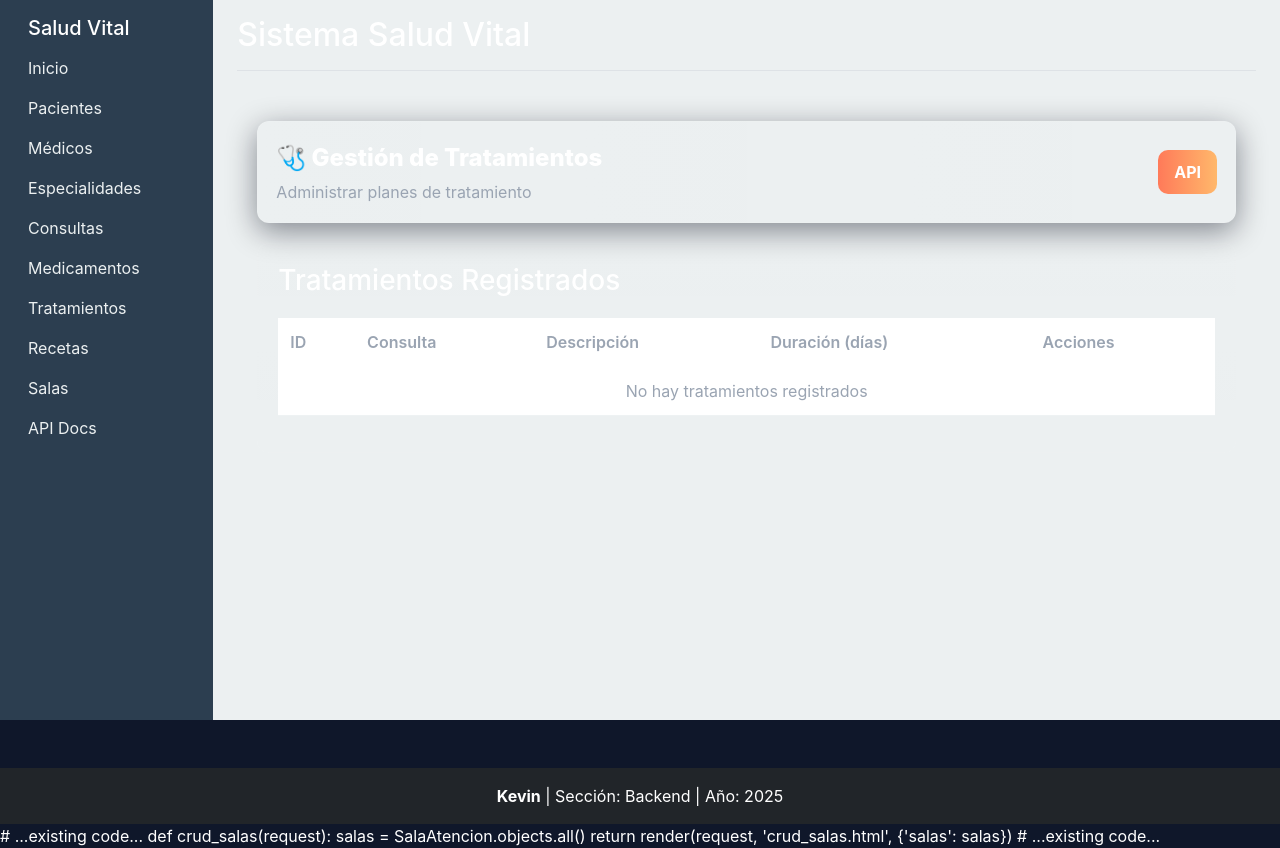
Repository: KeviNozh/eva2_clinica
Page: templates/crud_tratamientos.html
The author's editor kept a copy of each file at every save. The page is drawn from the files as they stood at one save, then again after the next save.
The browser window is 1280 px wide. The pictures show the whole page.
The template is drawn by Django 5.2. The application's start-up code is not run. Other server files are loaded and not shown. The template is opened directly, without the code that normally fills it, so the values that code supplies are empty.

Above is the page before, as saved 2025-10-14 14:56:48.

### templates/crud_tratamientos.html
{% extends 'crud_base.html' %}

{% block crud_content %}
<header class="crud-header">
  <div>
    <div class="crud-title">🩺 Gestión de Tratamientos</div>
    <div class="crud-subtitle">Administrar planes de tratamiento</div>
  </div>
  <div class="crud-actions">
    <a href="/api/tratamientos/" class="btn btn-secondary" target="_blank">API</a>
  </div>
</header>

<div class="crud-card">
  <h3>Tratamientos Registrados</h3>
  <table class="table">
    <thead>
      <tr>
        <th>ID</th>
        <th>Consulta</th>
        <th>Descripción</th>
        <th>Duración (días)</th>
        <th>Acciones</th>
      </tr>
    </thead>
    <tbody>
      {% for tratamiento in tratamientos %}
      <tr>
        <td>{{ tratamiento.id }}</td>
        <td>#{{ tratamiento.consulta.id }} - {{ tratamiento.consulta.paciente.nombre }}</td>
        <td>{{ tratamiento.descripcion }}</td>
        <td>{{ tratamiento.duracion_dias }}</td>
        <td class="action-buttons">
          <a href="#" class="btn btn-edit btn-small">Editar</a>
          <form method="POST" action="{% url 'crud:eliminar_tratamiento' tratamiento.id %}" style="display: inline;">
            {% csrf_token %}
            <button type="submit" class="btn btn-delete btn-small" onclick="return confirm('¿Eliminar tratamiento?')">Eliminar</button>
            <!-- Botón Editar -->
<a href="{% url 'crud:editar_consulta' consulta.id %}" class="btn btn-edit btn-small">Editar</a>

<!-- Botón Eliminar -->
<form method="POST" action="{% url 'crud:eliminar_consulta' consulta.id %}" style="display: inline;">
    {% csrf_token %}
    <button type="submit" class="btn btn-delete btn-small" onclick="return confirm('¿Eliminar consulta?')">Eliminar</button>
</form>
          </form>
        </td>
      </tr>
      {% empty %}
      <tr>
        <td colspan="5" style="text-align: center; color: var(--muted);">No hay tratamientos registrados</td>
      </tr>
      {% endfor %}
    </tbody>
  </table>
</div>
{% endblock %}

### templates/crud_base.html
{% extends 'base.html' %}

{% block content %}
<!DOCTYPE html>
<html lang="es">
<head>
  <meta charset="utf-8" />
  <meta name="viewport" content="width=device-width,initial-scale=1" />
  <style>
  :root{
    --bg:#0f172a; --white:#ffffff; --muted:#9aa4b2;
    --c1-start:#7c3aed; --c1-end:#06b6d4;
    --c2-start:#ff7a59; --c2-end:#ffb86b;
    --radius:14px; --shadow-lg: 0 18px 60px rgba(2,6,23,0.5);
  }
  *{box-sizing:border-box}
  body{background:var(--bg);color:var(--white);margin:0;font-family:Inter,sans-serif;}
  .crud-container{max-width:1200px;margin:30px auto;padding:20px}
  .crud-header{display:flex;align-items:center;gap:16px;padding:18px;border-radius:12px;
    background:linear-gradient(90deg,rgba(255,255,255,0.03),rgba(255,255,255,0.02));
    border:1px solid rgba(255,255,255,0.04);box-shadow:0 8px 30px rgba(2,6,23,0.45);margin-bottom:20px}
  .crud-title{font-weight:800;font-size:24px}
  .crud-subtitle{color:var(--muted);margin-top:4px}
  .crud-actions{display:flex;gap:10px;margin-left:auto}
  .btn{padding:10px 16px;border-radius:10px;border:0;font-weight:700;cursor:pointer;color:var(--white)}
  .btn-primary{background:linear-gradient(90deg,var(--c1-start),var(--c1-end))}
  .btn-secondary{background:linear-gradient(90deg,var(--c2-start),var(--c2-end))}
  .crud-grid{display:grid;gap:16px;margin-top:20px}
  .crud-card{background:linear-gradient(180deg,rgba(255,255,255,0.02),rgba(255,255,255,0.01));
    padding:20px;border-radius:12px;border:1px solid rgba(255,255,255,0.03)}
  .form-group{margin-bottom:15px}
  .form-label{display:block;margin-bottom:5px;color:var(--muted);font-weight:600}
  .form-input{width:100%;padding:10px;border-radius:8px;border:1px solid rgba(255,255,255,0.1);
    background:rgba(255,255,255,0.05);color:var(--white)}
  .table{width:100%;border-collapse:collapse;margin-top:20px}
  .table th,.table td{padding:12px;text-align:left;border-bottom:1px solid rgba(255,255,255,0.1)}
  .table th{color:var(--muted);font-weight:600}
  .action-buttons{display:flex;gap:8px}
  .btn-small{padding:6px 12px;font-size:12px;border-radius:6px}
  .btn-edit{background:linear-gradient(90deg,#3b82f6,#06b6d4)}
  .btn-delete{background:linear-gradient(90deg,#ef4444,#f97316)}
  </style>
</head>
<body>
  <div class="crud-container">
    {% block crud_content %}
    {% endblock %}
  </div>
</body>
</html>
{% endblock %}

### templates/base.html
<!DOCTYPE html>
<html lang="es">
<head>
    <meta charset="UTF-8">
    <meta name="viewport" content="width=device-width, initial-scale=1.0">
    <title>Sistema Salud Vital</title>
    <link href="https://cdn.jsdelivr.net/npm/bootstrap@5.3.0/dist/css/bootstrap.min.css" rel="stylesheet">
    <style>
        .sidebar {
            min-height: 100vh;
            background-color: #2c3e50;
        }
        .sidebar .nav-link {
            color: #ecf0f1;
        }
        .sidebar .nav-link:hover {
            background-color: #34495e;
        }
        .main-content {
            background-color: #ecf0f1;
        }
    </style>
</head>
<body>
    <div class="container-fluid">
        <div class="row">
            <!-- Sidebar -->
            <nav class="col-md-3 col-lg-2 d-md-block sidebar collapse">
                <div class="position-sticky pt-3">
                    <h5 class="text-white px-3">Salud Vital</h5>
                    <ul class="nav flex-column">
                        <li class="nav-item">
                            <a class="nav-link" href="{% url 'inicio' %}">Inicio</a>
                        </li>
                        <li class="nav-item">
                            <a class="nav-link" href="{% url 'crud:crud_pacientes' %}">Pacientes</a>
                        </li>
                        <li class="nav-item">
                            <a class="nav-link" href="{% url 'crud:crud_medicos' %}">Médicos</a>
                        </li>
                        <li class="nav-item">
                            <a class="nav-link" href="{% url 'crud:crud_especialidades' %}">Especialidades</a>
                        </li>
                        <li class="nav-item">
                            <a class="nav-link" href="{% url 'crud:crud_consultas' %}">Consultas</a>
                        </li>
                        <li class="nav-item">
                            <a class="nav-link" href="{% url 'crud:crud_medicamentos' %}">Medicamentos</a>
                        </li>
                        <li class="nav-item">
                            <a class="nav-link" href="{% url 'crud:crud_tratamientos' %}">Tratamientos</a>
                        </li>
                        <li class="nav-item">
                            <a class="nav-link" href="{% url 'crud:crud_recetas' %}">Recetas</a>
                        </li>
                        <li class="nav-item">
                            <a class="nav-link" href="{% url 'crud:crud_salas' %}">Salas</a>
                        </li>
                        <li class="nav-item">
                            <a class="nav-link" href="/api/swagger/" target="_blank">API Docs</a>
                        </li>
                    </ul>
                </div>
            </nav>

            <!-- Main content -->
            <main class="col-md-9 ms-sm-auto col-lg-10 px-md-4 main-content">
                <div class="d-flex justify-content-between flex-wrap flex-md-nowrap align-items-center pt-3 pb-2 mb-3 border-bottom">
                    <h1 class="h2">{% block title %}Sistema Salud Vital{% endblock %}</h1>
                </div>

                <!-- Mensajes -->
                {% if messages %}
                <div class="messages">
                    {% for message in messages %}
                    <div class="alert alert-{{ message.tags }} alert-dismissible fade show" role="alert">
                        {{ message }}
                        <button type="button" class="btn-close" data-bs-dismiss="alert"></button>
                    </div>
                    {% endfor %}
                </div>
                {% endif %}

                <!-- Contenido principal -->
                {% block content %}
                {% endblock %}
            </main>
        </div>
    </div>

    <!-- Footer -->
    <footer class="bg-dark text-white text-center py-3 mt-5">
        <div class="container">
            <p class="mb-0">
                <strong>Kevin</strong> | Sección: Backend | Año: 2025
            </p>
        </div>
    </footer>

    <script src="https://cdn.jsdelivr.net/npm/bootstrap@5.3.0/dist/js/bootstrap.bundle.min.js"></script>
    {% block scripts %}
    {% endblock %}
</body>
</html># ...existing code...

def crud_salas(request):
    salas = SalaAtencion.objects.all()
    return render(request, 'crud_salas.html', {'salas': salas})

# ...existing code...

After the next save:
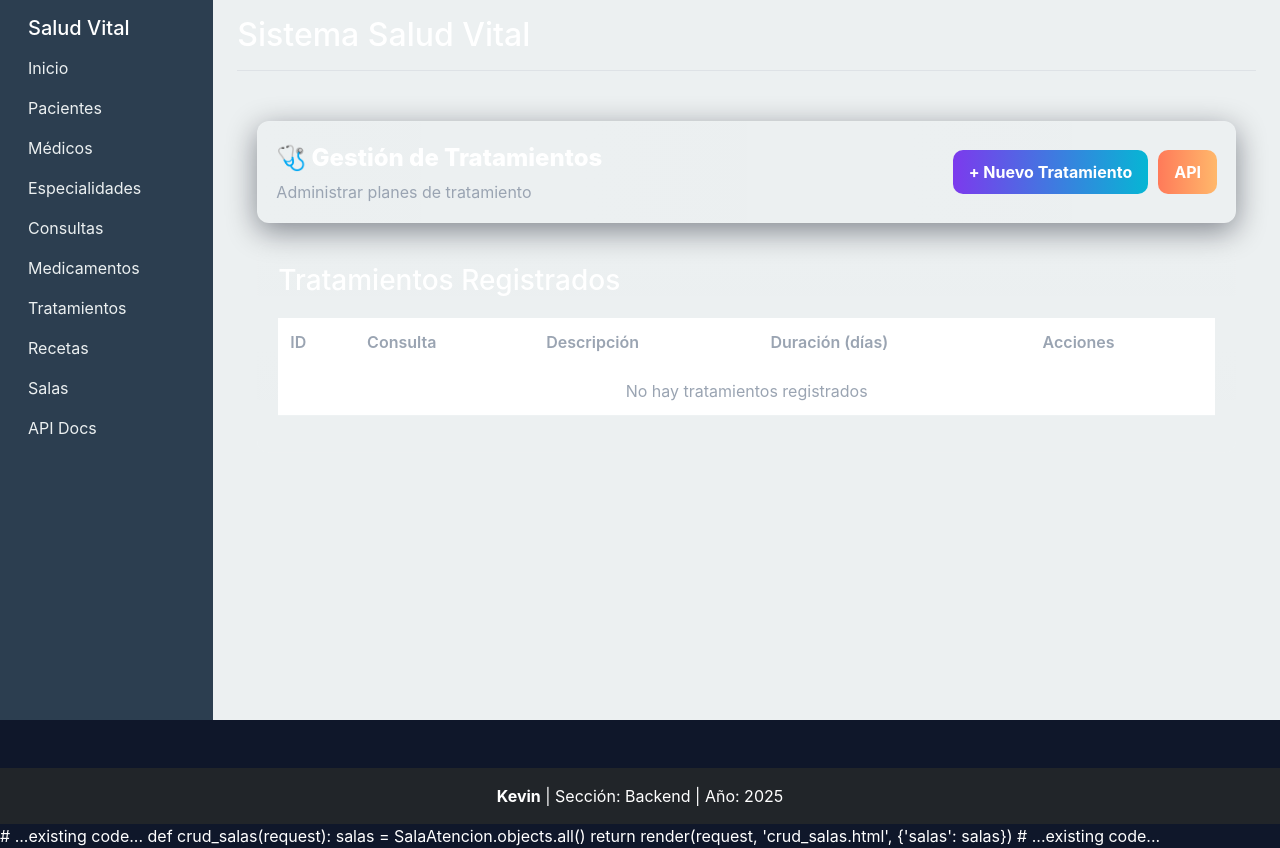
Saved 8 s later.
--- a/templates/crud_tratamientos.html
+++ b/templates/crud_tratamientos.html
@@ -7,6 +7,7 @@
     <div class="crud-subtitle">Administrar planes de tratamiento</div>
   </div>
   <div class="crud-actions">
+    <a href="{% url 'crud:crear_tratamiento' %}" class="btn btn-primary">+ Nuevo Tratamiento</a>
     <a href="/api/tratamientos/" class="btn btn-secondary" target="_blank">API</a>
   </div>
 </header>
@@ -31,18 +32,12 @@
         <td>{{ tratamiento.descripcion }}</td>
         <td>{{ tratamiento.duracion_dias }}</td>
         <td class="action-buttons">
-          <a href="#" class="btn btn-edit btn-small">Editar</a>
+          <!-- Botón Editar -->
+          <a href="{% url 'crud:editar_tratamiento' tratamiento.id %}" class="btn btn-edit btn-small">Editar</a>
+          <!-- Botón Eliminar -->
           <form method="POST" action="{% url 'crud:eliminar_tratamiento' tratamiento.id %}" style="display: inline;">
             {% csrf_token %}
             <button type="submit" class="btn btn-delete btn-small" onclick="return confirm('¿Eliminar tratamiento?')">Eliminar</button>
-            <!-- Botón Editar -->
-<a href="{% url 'crud:editar_consulta' consulta.id %}" class="btn btn-edit btn-small">Editar</a>
-
-<!-- Botón Eliminar -->
-<form method="POST" action="{% url 'crud:eliminar_consulta' consulta.id %}" style="display: inline;">
-    {% csrf_token %}
-    <button type="submit" class="btn btn-delete btn-small" onclick="return confirm('¿Eliminar consulta?')">Eliminar</button>
-</form>
           </form>
         </td>
       </tr>
